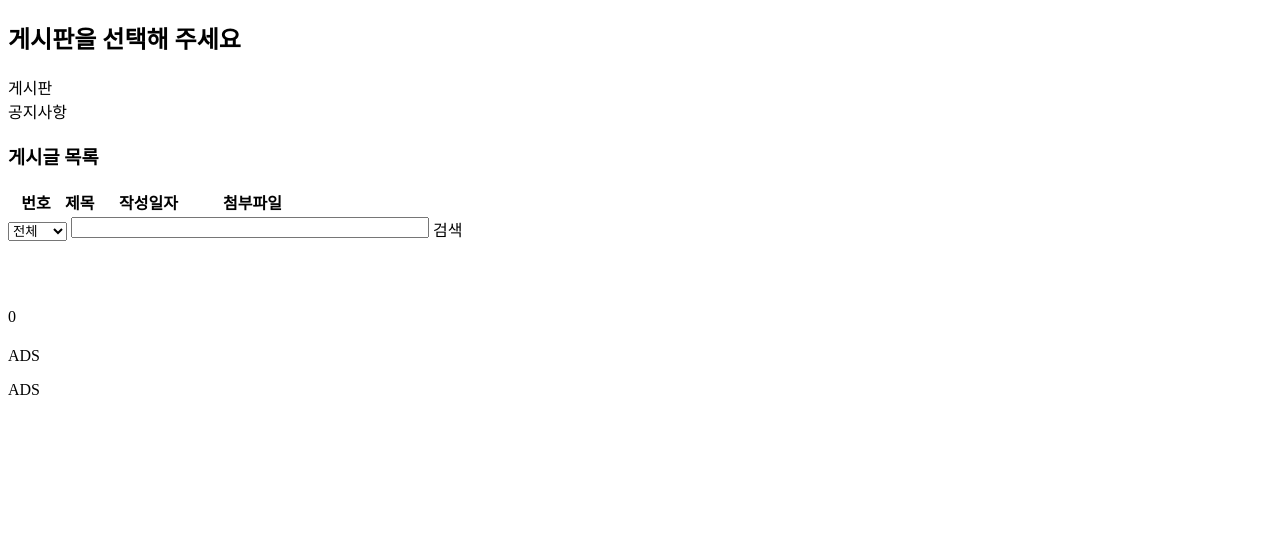
Repository: letzbegin/Study
Page: http://localhost/portfolio/WEB-INF/views/board/list.jsp
The author's editor kept a copy of each file at every save. The page is drawn from the files as they stood at one save, then again after the next save.
The browser window is 1280 px wide. The pictures show the whole page.
The page is served by Tomcat 9. Nobody is signed in. Other server files are loaded and not shown. The template is opened directly, without the code that normally fills it, so the values that code supplies are empty.

Above is the page before, as saved 2018-10-15 04:15:17.

### pol/portfolio/src/main/webapp/WEB-INF/views/board/list.jsp
<%@ page language="java" contentType="text/html; charset=UTF-8"
	pageEncoding="UTF-8"%>
<%@ taglib prefix="c" uri="http://java.sun.com/jsp/jstl/core"%>
<!DOCTYPE html PUBLIC "-//W3C//DTD HTML 4.01 Transitional//EN" "http://www.w3.org/TR/html4/loose.dtd">
<html>
<head>
<meta http-equiv="Content-Type" content="text/html; charset=UTF-8">
<title>Insert title here</title>
<style type="text/css">
#list-top {
	width: 70%;
	padding-left: 15%;
	padding-bottom: 20px;
}
</style>
</head>
<body>
	<div class="container-fluid text-center">
		<div class="row content">
			<div class="col-sm-2">
				<h2>게시판을 선택해 주세요</h2>
				<div class="panel panel-default">
					<div class="panel-heading">게시판</div>
					<div class="panel-body">공지사항</div>
				</div>
			</div>
			<div class="col-sm-8 text-left">
				<h3>게시글 목록</h3>

				<table class="table">
					<tr>
						<th width="50px">번호</th>
						<th style="text-align: center;">제목</th>
						<th width="100px">작성일자</th>
						<th width="100px">첨부파일</th>
					</tr>
					<c:forEach items="${page.list }" var="vo">
						<tr>
							<td>${vo.no }</td>
							<td class="left" onclick="go_detail(${vo.id})">${vo.title }</td>
							<td>${vo.writedate }</td>
							<td>${ empty vo.filename ? '' : '<span class="glyphicon glyphicon-file"></span>' }</td>
						</tr>
					</c:forEach>
				</table>

				<span style="float: left;">
						 <select name="search">
								<option ${page.search eq 'all' ? 'selected' : '' } value="all">전체</option>
								<option ${page.search eq 'title' ? 'selected' : '' }
									value="title">제목</option>
								<option ${page.search eq 'content' ? 'selected' : '' }
									value="content">내용</option>
								<option ${page.search eq 'writer' ? 'selected' : '' }
									value="writer">작성자</option>
						</select> <input type="text" name="keyword" value="${page.keyword }"
							style="width: 350px; vertical-align: top;" /> <a
							class="btn-fill" onclick="$('form').submit()">검색</a>
						</span>
						<form method="post" action="list.bo" id="list">
					<p id="list-top">

						<c:if test="${!empty login_info }">
							<a class="btn-fill" style="float: right;"
								onclick="location='new.bo'">글쓰기</a>
						</c:if>

					</p>
					<input type="hidden" name="id" /> <input type="hidden"
						name="curPage" id="curPage" />
				</form>

				<br>
				<jsp:include page="/WEB-INF/views/board/page.jsp" />

			</div>
			<div class="col-sm-2 sidenav">
				<div class="well">
					<p>ADS</p>
				</div>
				<div class="well">
					<p>ADS</p>
				</div>
			</div>
		</div>
	</div>

</body>
<script type="text/javascript">
	function go_detail(id) {
		$('[name=id]').val(id);
		$('form').attr('action', 'detail.bo');
		$('form').submit();
	}
</script>
</html>

### pol/portfolio/src/main/webapp/WEB-INF/views/board/page.jsp
<%@ page language="java" contentType="text/html; charset=UTF-8"
    pageEncoding="UTF-8"%>
<%@ taglib prefix="c"  uri="http://java.sun.com/jsp/jstl/core"%>
<style type="text/css">
.page_list { float: left; width: 100%; }
.page_on, .page_off{
	display: inline-block; width: 30px; line-height: 28px;
}
.page_on {
	border: 1px gray solid; font-weight: bold; color: #fff;
	background: gray;
}
.page_off:hover{ text-decoration: none;
}
.page_next, .page_last, .page_first, .page_prev {
	display: inline-block; width: 30px;
	line-height: 28px;
	border:  1px solid #d0d0d0;
	text-indent: -9999px;
}

</style>

<p class="page_list">

<!-- 이전블럭버튼: 이전블럭의 마지막페이지: page.beginPage-1
                     이전블럭의 첫페이지: page.beginPage-page.blockPage -->
<c:if test="${page.curBlock gt 1 }">
<a onclick="go_page(1)"><span class="glyphicon glyphicon-step-backward"></span>첫페이지</a>
<a onclick="go_page(${page.beginPage-page.blockPage})"><span class="glyphicon glyphicon-triangle-left"></span>이전블럭</a>
</c:if>

<c:forEach var="i" begin="${page.beginPage }" end="${page.endPage }">
	<c:if test="${i eq page.curPage }">
 		<span class="page_on">${i }</span>
 	</c:if>

	<c:if test="${i ne page.curPage }">
 		<a class="page_off" onclick="go_page(${i})">${i }</a>
 	</c:if>
</c:forEach>

<!-- 다음블럭버튼: 다음블럭첫페이지 -->
<c:if test="${page.curBlock lt page.totalBlock }">
<a onclick="go_page(${page.endPage+1})"><span class="glyphicon glyphicon-triangle-right"></span>다음</a><a
class="page_last" onclick="go_page(${page.totalPage})"><span class="glyphicon glyphicon-forward"></span>마지막페이지</a>
</c:if>

</p>
<script type="text/javascript">
function go_page(page){
	$('#curPage').val(page);
	$('#list').submit();
}
</script>

After the next save:
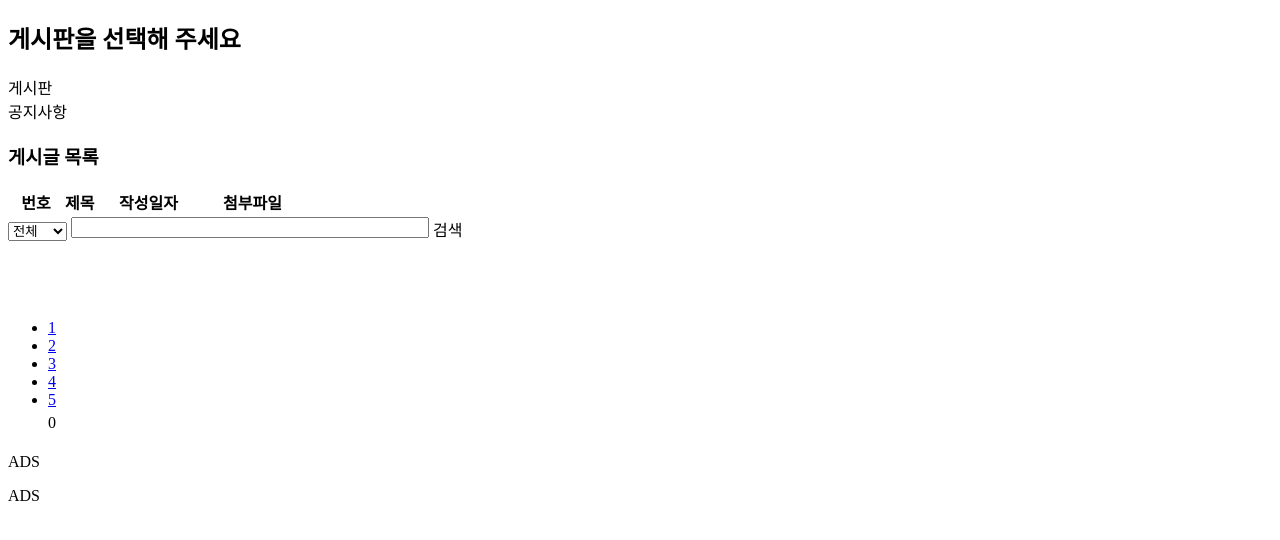
Saved 34 s later.
--- a/pol/portfolio/src/main/webapp/WEB-INF/views/board/page.jsp
+++ b/pol/portfolio/src/main/webapp/WEB-INF/views/board/page.jsp
@@ -29,6 +29,12 @@
 <a onclick="go_page(1)"><span class="glyphicon glyphicon-step-backward"></span>첫페이지</a>
 <a onclick="go_page(${page.beginPage-page.blockPage})"><span class="glyphicon glyphicon-triangle-left"></span>이전블럭</a>
 </c:if>
+<ul class="pagination">
+    <li><a href="#">1</a></li>
+    <li><a href="#">2</a></li>
+    <li><a href="#">3</a></li>
+    <li><a href="#">4</a></li>
+    <li><a href="#">5</a></li>
 
 <c:forEach var="i" begin="${page.beginPage }" end="${page.endPage }">
 	<c:if test="${i eq page.curPage }">
@@ -39,7 +45,7 @@
  		<a class="page_off" onclick="go_page(${i})">${i }</a>
  	</c:if>
 </c:forEach>
-
+</ul>
 <!-- 다음블럭버튼: 다음블럭첫페이지 -->
 <c:if test="${page.curBlock lt page.totalBlock }">
 <a onclick="go_page(${page.endPage+1})"><span class="glyphicon glyphicon-triangle-right"></span>다음</a><a
